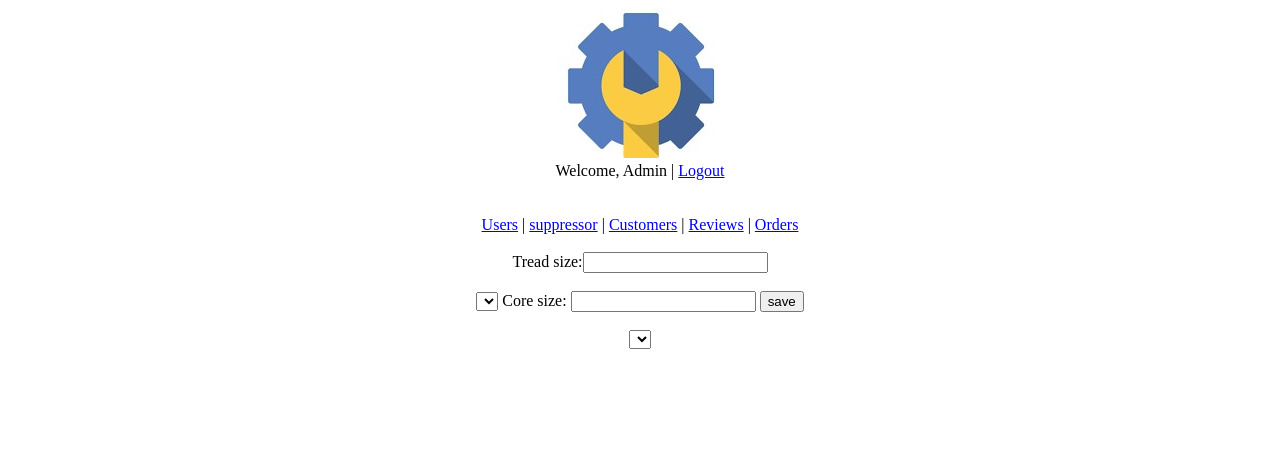
Repository: RezaEftekharzadeh/frey
Page: http://localhost/SilencerStoreProject/admin/silencer_form.jsp
An editor plug-in stored every save of this project. The page is shown before and after the next save, followed by the edit.
The browser window is 1280 px wide. The pictures show the whole page.
The page is served by Tomcat 9. Nobody is signed in. The application's start-up code is not run.

Above is the page before, as saved 2020-08-10 06:47:19.

After the next save:
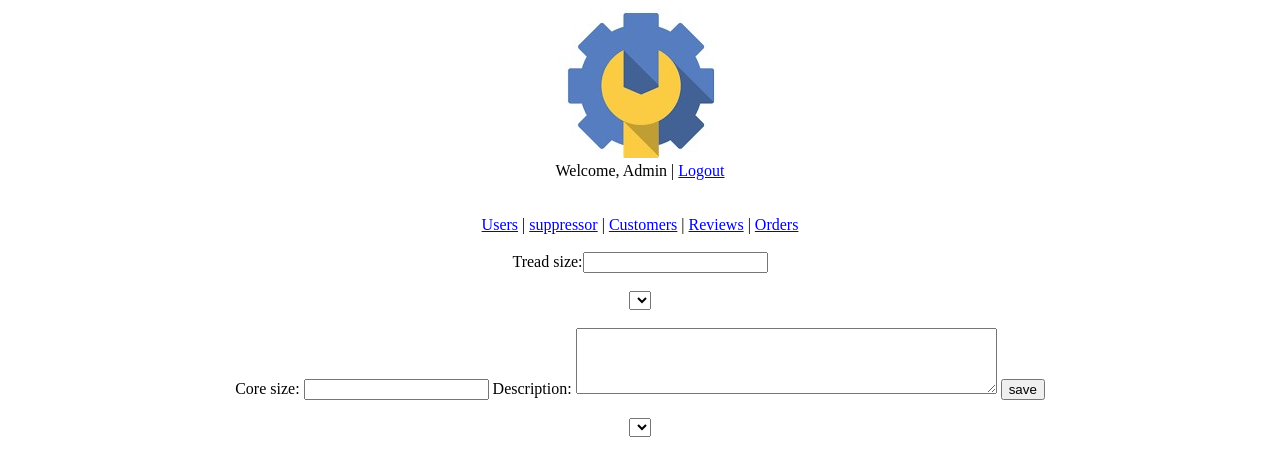
Saved 14 min 3 s later.
--- a/SilencerStoreProject/WebContent/admin/silencer_form.jsp
+++ b/SilencerStoreProject/WebContent/admin/silencer_form.jsp
@@ -21,8 +21,14 @@
 				<option value>
 
 			</select>
+			<br/><br/>
 
 			Core size: <input type="text" name="core">
+
+
+			Description: <textarea id="w3review" name="w3review" rows="4" cols="50">
+
+						</textarea>
 
 			<input type="submit" value="save">
 
